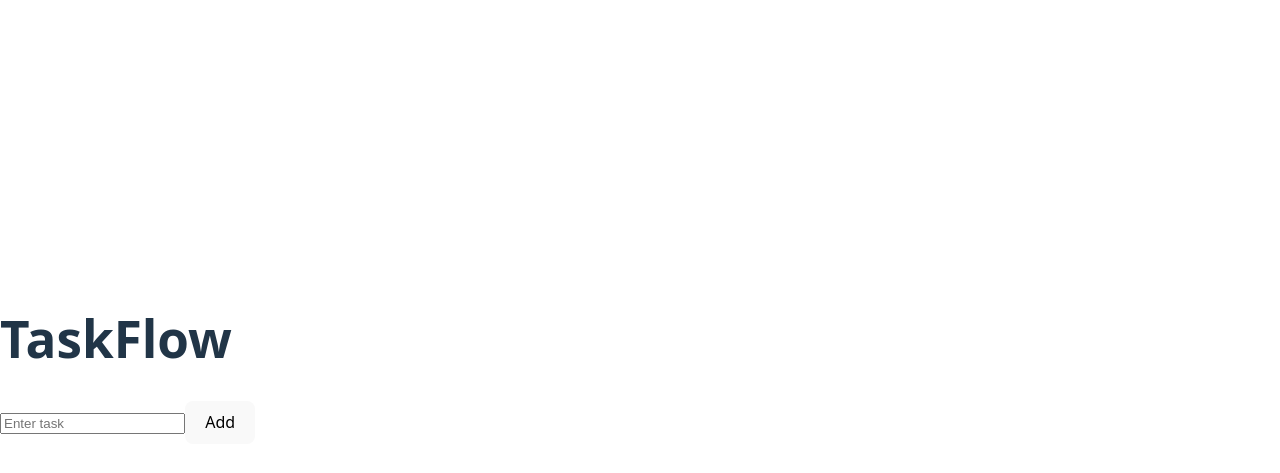
Repository: lissaintech/TaskFlow
Page: /
The author's editor kept a copy of each file at every save. The page is drawn from the files as they stood at one save, then again after a run of saves.
The browser window is 1280 px wide. The pictures show the whole page.
The project was rebuilt for these pictures with package versions that can differ from the ones it lists, and the page was loaded fresh each time. Also part of the build but not shown: vite.config.js.

Above is the page before, as saved 2026-02-11 15:21:14.

After the next 9 saves:
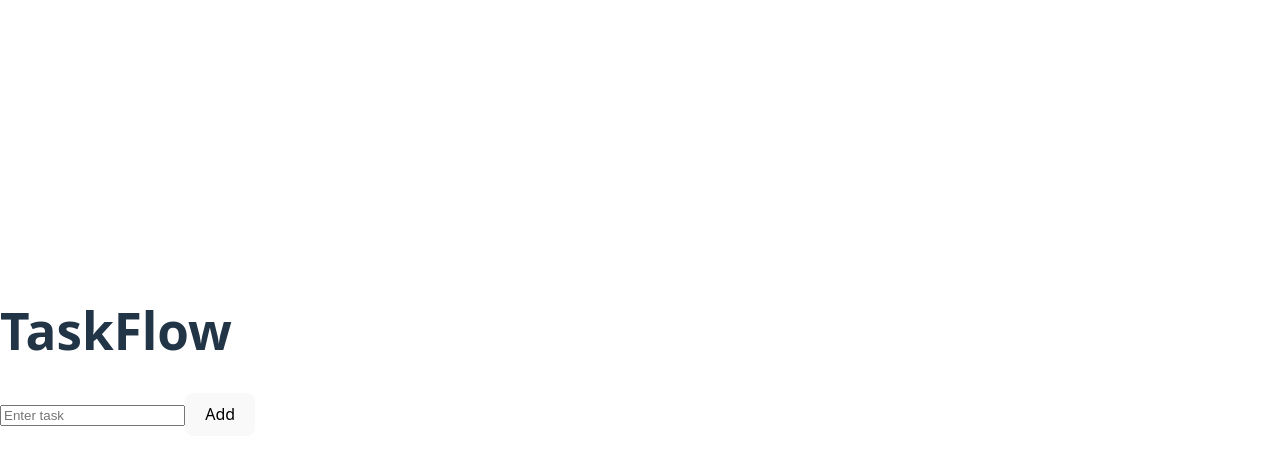
The 9 saves are shown as one change because they came seconds apart.
The last was saved 21 s later.
--- a/src/App.jsx
+++ b/src/App.jsx
@@ -47,7 +47,16 @@
 
       <button onClick={addTask}>Add</button>
 
-
+      <ul>
+        {tasks.map((task,index) => (
+          <li key={index}>
+            {task}
+            <button onClick={() =>{
+              deleteTask(index)
+            }}>Delete</button>
+          </li>
+        ))}
+      </ul>
     </div>
   );
 }
